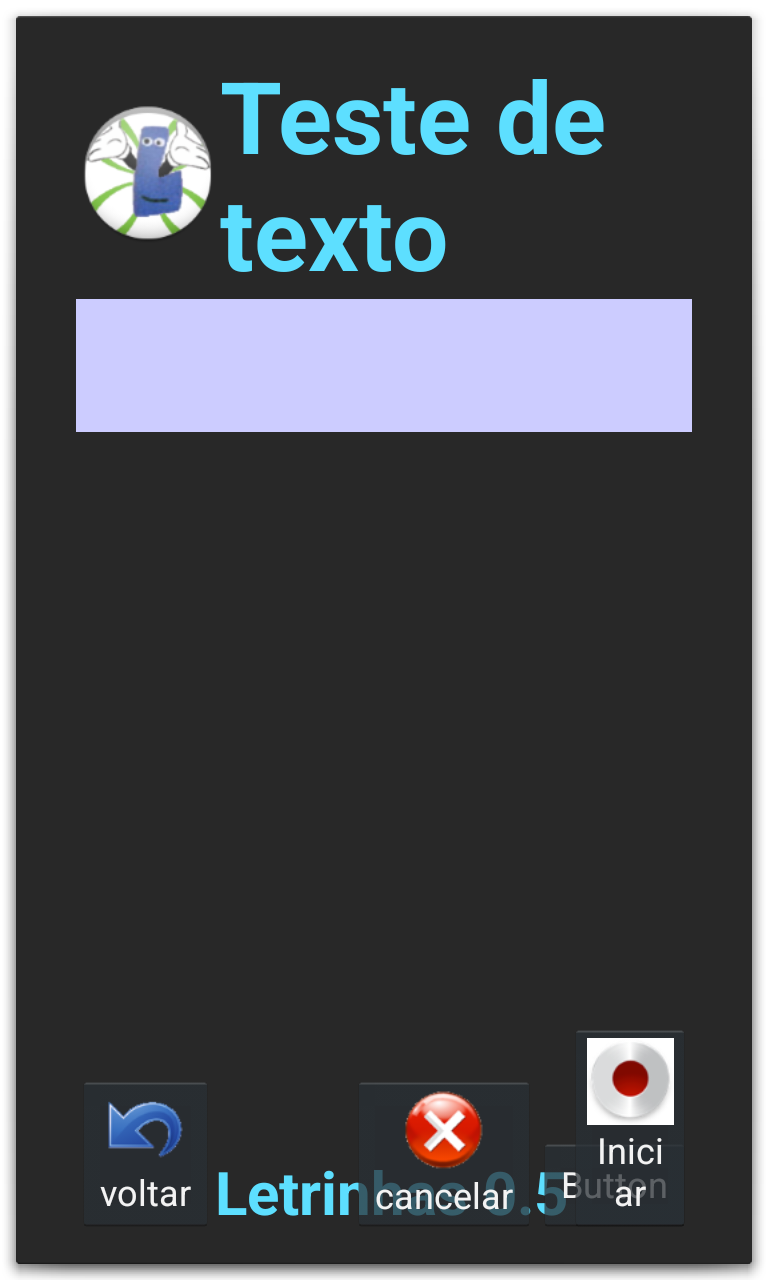
Repository: iptomar/letrinhas_documentacao
Layout: Letrinhas/APP/Prototipos/Letrinhas05/res/layout/activity_teste__texto__aluno.xml
An editor plug-in stored every save of this project. The layout is shown before and after the next save, followed by the edit.
It is drawn on a 768 x 1280 px phone screen (xhdpi) without system bars, with theme android:Theme.Holo.Dialog.NoActionBar; the app's code is not run.

Above is the layout before, as saved 2014-05-19 00:05:19.

After the next save:
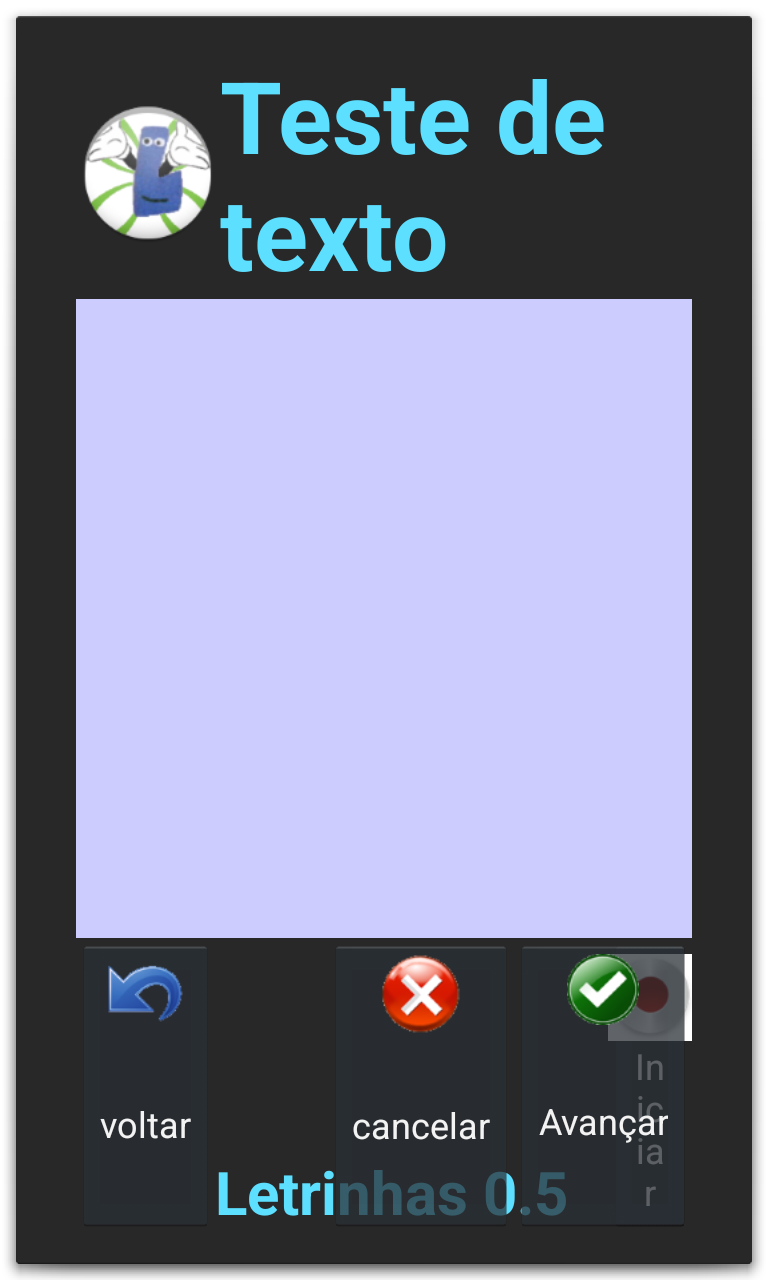
Saved 2 min 9 s later.
--- a/Letrinhas/APP/Prototipos/Letrinhas05/res/layout/activity_teste__texto__aluno.xml
+++ b/Letrinhas/APP/Prototipos/Letrinhas05/res/layout/activity_teste__texto__aluno.xml
@@ -26,6 +26,7 @@
         android:id="@+id/txtTela"
         android:layout_width="wrap_content"
         android:layout_height="wrap_content"
+        android:layout_above="@+id/txtDemo"
         android:layout_alignParentLeft="true"
         android:layout_alignParentRight="true"
         android:layout_below="@+id/textCabecalho"
@@ -44,10 +45,10 @@
             <TextView
                 android:id="@+id/txtTexto"
                 android:layout_width="match_parent"
-                android:layout_height="match_parent"
+                android:layout_height="wrap_content"
                 android:layout_gravity="fill"
+                android:textColor="#303030"
                 android:textIsSelectable="true"
-                android:textColor="#303030"
                 android:textSize="35sp" />
 
         </LinearLayout>
@@ -64,30 +65,12 @@
         android:textSize="30sp"
         android:textStyle="bold" />
 
-    <Button android:text="Button"
-        android:id="@+id/txtAvaliar"
-        android:layout_width="wrap_content"
-        android:layout_height="wrap_content"
-        android:layout_alignParentBottom="true"
-        android:layout_alignParentRight="true"
-        android:contentDescription="@string/entrar"
-        />
-
-    <Button
-        android:id="@+id/txtCancel"
-        android:layout_width="wrap_content"
-        android:layout_height="wrap_content"
-        android:layout_alignTop="@+id/txtVoltar"
-        android:layout_toLeftOf="@+id/txtAvaliar"
-        android:contentDescription="@string/sair"
-        android:drawableTop="@drawable/cancelar"
-        android:text="@string/cancel" />
-
     <Button
         android:id="@+id/txtDemo"
         android:layout_width="wrap_content"
         android:layout_height="wrap_content"
         android:layout_alignParentBottom="true"
+        android:layout_alignTop="@+id/txtRecord"
         android:layout_toRightOf="@+id/txtRecord"
         android:contentDescription="@string/play"
         android:drawableTop="@drawable/palyoff"
@@ -98,6 +81,8 @@
         android:layout_width="wrap_content"
         android:layout_height="wrap_content"
         android:layout_alignParentBottom="true"
+        android:layout_marginLeft="40sp"
+        android:layout_marginLeft="20sp"
         android:layout_toRightOf="@+id/textRodape"
         android:contentDescription="@string/Recording"
         android:drawableTop="@drawable/record"
@@ -109,8 +94,31 @@
         android:layout_height="wrap_content"
         android:layout_alignParentBottom="true"
         android:layout_alignParentLeft="true"
+        android:layout_alignTop="@+id/txtRecord"
         android:contentDescription="@string/voltar"
         android:drawableTop="@drawable/voltar"
         android:text="@string/voltar" />
 
+    <Button
+        android:id="@+id/txtCancel"
+        android:layout_width="wrap_content"
+        android:layout_height="wrap_content"
+        android:layout_alignParentBottom="true"
+        android:layout_alignTop="@+id/txtDemo"
+        android:layout_toLeftOf="@+id/txtAvaliar"
+        android:contentDescription="@string/sair"
+        android:drawableTop="@drawable/cancelar"
+        android:text="@string/cancel" />
+
+    <Button
+        android:id="@+id/txtAvaliar"
+        android:layout_width="wrap_content"
+        android:layout_height="wrap_content"
+        android:layout_alignParentBottom="true"
+        android:layout_alignParentRight="true"
+        android:layout_alignTop="@+id/txtCancel"
+        android:contentDescription="@string/entrar"
+        android:drawableTop="@drawable/valido"
+        android:text="@string/avancar" />
+
 </RelativeLayout>
